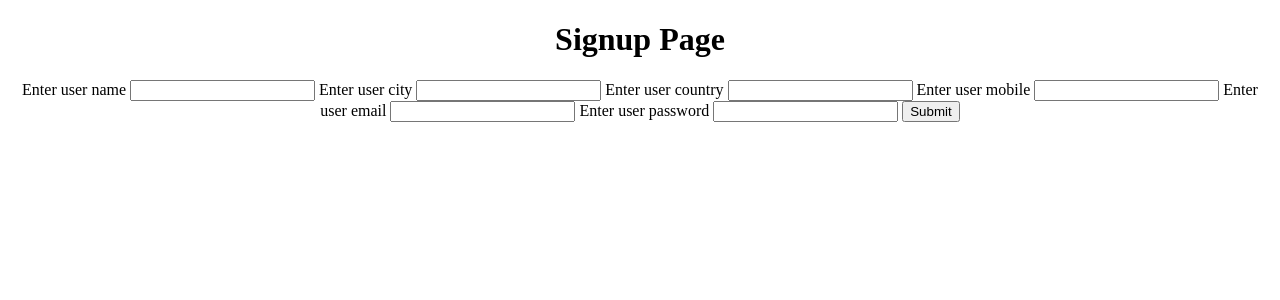
Repository: Suhail-Ahmad-Khan/iplwebapp
Page: http://localhost/IPLWebapp2016/WEB-INF/jsp/signup.jsp
These files come from the project's save history. The page is drawn as it stood at one moment and after the next save; the edit follows.
The browser window is 1280 px wide. The pictures show the whole page.
The page is served by Tomcat 9. Nobody is signed in. The template is opened directly, without the code that normally fills it, so the values that code supplies are empty.

Above is the page before, as saved 2016-12-01 06:14:02.

After the next save:
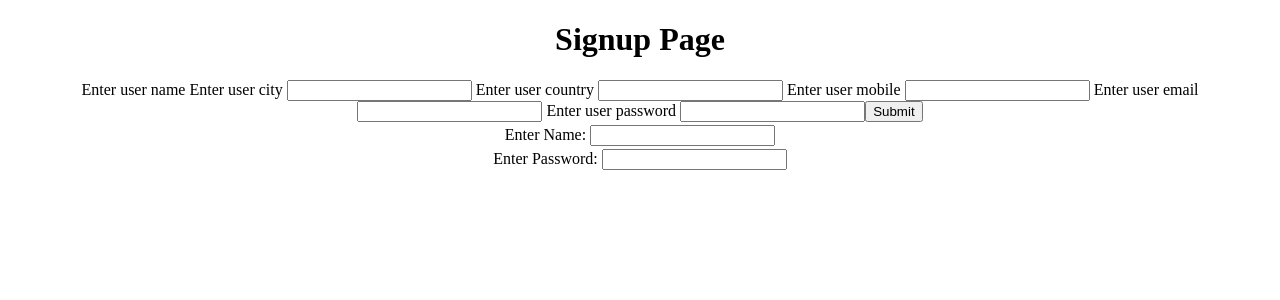
Saved 3 min 32 s later.
--- a/IPLWebapp2016/src/main/webapp/WEB-INF/jsp/signup.jsp
+++ b/IPLWebapp2016/src/main/webapp/WEB-INF/jsp/signup.jsp
@@ -11,22 +11,33 @@
 	<h1>Signup Page</h1>
 	<center>
 		<form:form action="signupPage" commandName="user" method="post">
-		Enter user name
-			<form:input type="text" path="name" />
-			Enter user city
-			<form:input type="text" path="city" />
-			Enter user country
-			<form:input type="text" path="country" />
-			Enter user mobile
-			<form:input type="text" path="mobile" />
-			Enter user email
-			<form:input type="email" path="email" />
-			Enter user password
-			<form:input type="password" path="password" />
-			<form:input type="submit" path="" value="Submit" />
+			<table>
+				<tr>
+					<td><label>Enter Name:</label></td>
+					<td><form:input type="text" path="name" /></td>
+				</tr>
+				Enter user name Enter user city
+				<form:input type="text" path="city" />
+				Enter user country
+				<form:input type="text" path="country" />
+				Enter user mobile
+				<form:input type="text" path="mobile" />
+				Enter user email
+				<form:input type="email" path="email" />
+				Enter user password
+				<form:input type="password" path="password" />
+				<form:input type="submit" path="" value="Submit" />
+			</table>
 		</form:form>
 	</center>
 
 
 </body>
 </html>
+
+
+
+<tr>
+	<td><label>Enter Password:</label></td>
+	<td><input type="password" size=20 /></td>
+</tr>
